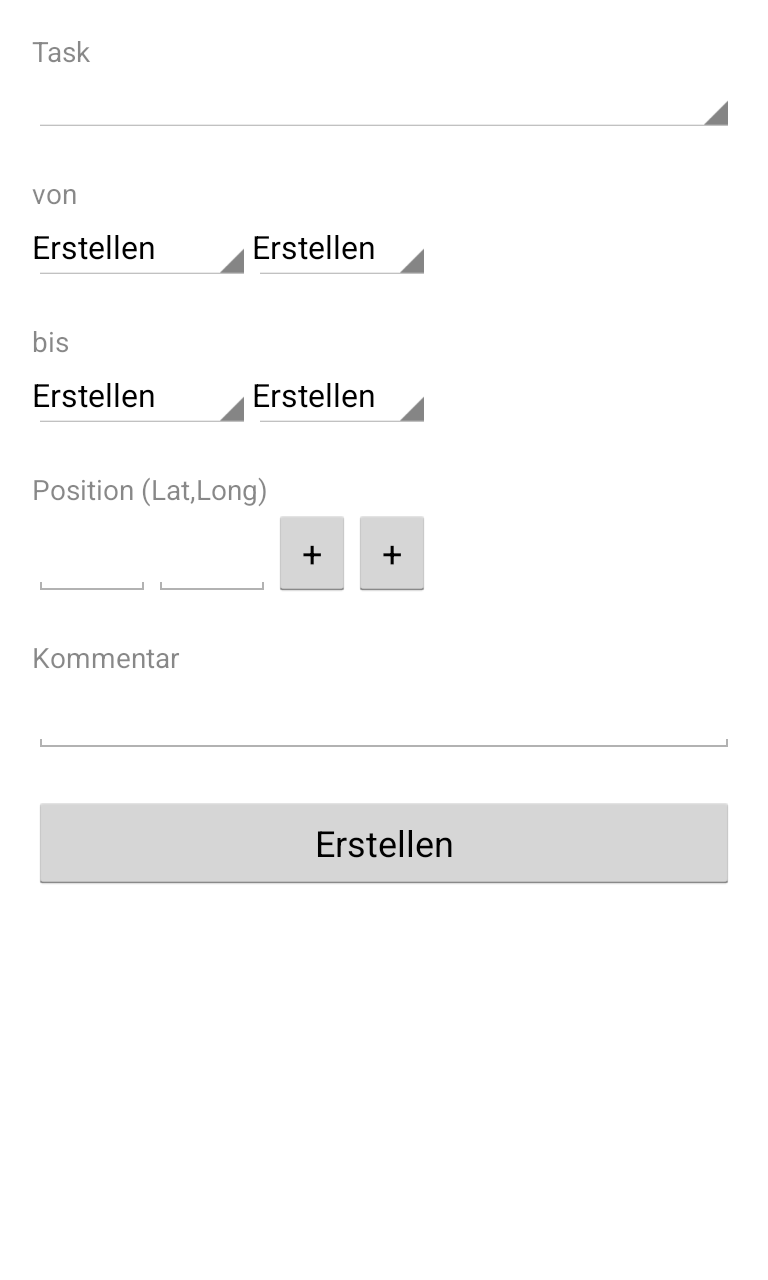
Repository: floriandrs/ttracker
Layout: TTracker/res/layout/activity_create_new_track.xml
An editor plug-in stored every save of this project. The layout is shown before and after the next save, followed by the edit.
It is drawn on a 768 x 1280 px phone screen (xhdpi) without system bars, with theme AppTheme; the app's code is not run.

Above is the layout before, as saved 2015-02-25 19:47:19.

### TTracker/res/layout/activity_create_new_track.xml
<RelativeLayout xmlns:android="http://schemas.android.com/apk/res/android"
    xmlns:tools="http://schemas.android.com/tools"
    android:layout_width="match_parent"
    android:layout_height="match_parent"
    android:paddingBottom="@dimen/activity_vertical_margin"
    android:paddingLeft="@dimen/activity_horizontal_margin"
    android:paddingRight="@dimen/activity_horizontal_margin"
    android:paddingTop="@dimen/activity_vertical_margin"
    tools:context="com.slart.ttracker.activitiy.EditTrackActivity" >

    <TextView
        android:id="@+id/trackLabel"
        android:text="@string/track"
        style="@style/FormLabel"
        android:layout_marginTop="0dp" />

    <Spinner
        android:id="@+id/track"
        android:layout_width="match_parent"
        android:layout_height="wrap_content"
        android:layout_below="@id/trackLabel" />

    <TextView
        android:id="@+id/startLabel"
        android:layout_below="@id/track"
        android:text="@string/from"
        style="@style/FormLabel" />

    <Button
        android:id="@+id/startDate"
        android:layout_width="110dp"
        android:layout_height="35dp"
        android:layout_below="@id/startLabel"
        style="?android:attr/spinnerStyle"
        android:text="@string/create"
        android:onClick="setStartDate" />

    <Button
        android:id="@+id/startTime"
        android:layout_width="90dp"
        android:layout_height="35dp"
        android:layout_below="@id/startLabel"
        android:layout_toRightOf="@id/startDate"
        style="?android:attr/spinnerStyle"
        android:text="@string/create"
        android:onClick="setStartTime" />

    <TextView
        android:id="@+id/endLabel"
        android:layout_below="@id/startTime"
        android:text="@string/to"
        style="@style/FormLabel" />


    <Button
        android:id="@+id/endDate"
        android:layout_width="110dp"
        android:layout_height="35dp"
        android:layout_below="@id/endLabel"
        style="?android:attr/spinnerStyle"
        android:text="@string/create"
        android:onClick="setEndDate" />

    <Button
        android:id="@+id/endTime"
        android:layout_width="90dp"
        android:layout_height="35dp"
        android:layout_below="@id/endLabel"
        android:layout_toRightOf="@id/endDate"
        style="?android:attr/spinnerStyle"
        android:text="@string/create"
        android:onClick="setEndTime" />

    <TextView
        android:id="@+id/locationLabel"
        android:layout_below="@id/endTime"
        android:text="@string/location"
        style="@style/FormLabel" />

    <EditText
        android:id="@+id/lat"
        android:layout_width="60dp"
        android:layout_height="45dp"
        android:layout_below="@id/locationLabel" />

    <EditText
        android:id="@+id/lon"
        android:layout_width="60dp"
        android:layout_height="45dp"
        android:layout_below="@id/locationLabel"
        android:layout_toRightOf="@id/lat" />

    <Button
        android:id="@+id/locationButton"
        android:layout_width="40dp"
        android:layout_height="45dp"
        android:layout_below="@id/locationLabel"
        android:text="@string/location_update"
        android:onClick="onLocationUpdateButtonClick"
        android:layout_toRightOf="@id/lon" />

    <Button
        android:id="@+id/georefButton"
        android:layout_width="40dp"
        android:layout_height="45dp"
        android:layout_below="@id/locationLabel"
        android:text="@string/location_update"
        android:onClick="onGeorefButtonClick"
        android:layout_toRightOf="@id/locationButton" />

    <TextView
        android:id="@+id/commentLabel"
        android:layout_below="@id/locationButton"
        android:text="@string/comment"
        style="@style/FormLabel" />

    <EditText
        android:id="@+id/comment"
        android:layout_below="@id/commentLabel"
        style="@style/FormWidthHeight" />

	<Button
        android:id="@+id/enter"
		android:layout_alignParentRight="true"
        android:layout_below="@id/comment"
        style="@style/FormTopMargin"
        android:text="@string/create"
        android:onClick="onCreateNewTrack" />


</RelativeLayout>

### TTracker/res/values/styles.xml
<resources>

    <!--
        Base application theme, dependent on API level. This theme is replaced
        by AppBaseTheme from res/values-vXX/styles.xml on newer devices.
    -->
    <style name="AppBaseTheme" parent="android:Theme.Light">
        <!--
            Theme customizations available in newer API levels can go in
            res/values-vXX/styles.xml, while customizations related to
            backward-compatibility can go here.
        -->
    </style>

    <!-- Application theme. -->
    <style name="AppTheme" parent="AppBaseTheme">
        <!-- All customizations that are NOT specific to a particular API-level can go here. -->
    </style>


    <style name="FormWidthHeight">
        <item name="android:layout_width">match_parent</item>
        <item name="android:layout_height">wrap_content</item>
    </style>

    <style name="FormTopMargin" parent="@style/FormWidthHeight">
        <item name="android:layout_marginTop">20dp</item>
    </style>

    <style name="FormLabel" parent="@style/FormTopMargin">
        <item name="android:textColor">#77000000</item>
        <item name="android:textSize">14dp</item>
    </style>

</resources>

### TTracker/res/values/strings.xml
<?xml version="1.0" encoding="utf-8"?>
<resources>

    <string name="app_name">TTracker</string>
    <string name="action_settings">Settings</string>
    <string name="hello_world">Hello world!</string>
    <string name="hello_blank_fragment">Hello blank fragment</string>
    <string name="title_activity_view_all_tracks">ViewAllTracksActivity</string>
    <string name="title_activity_edit_track">Neue Aktivitaet anlegen</string>
    <string name="title_activity_stats">StatsActivity</string>
    <string name="title_activity_stats_simple">StatsSimple</string>
    <string name="title_activity_stats_average">StatsAverageActivity</string>
    <string name="main_open_create_new_track_label">Start new</string>
    <string name="open_view_all">Track-Liste öffnen</string>
    <string name="open_time_filter_stats">Tracks pro Zeitraum</string>
    <string name="open_activity_stats">Analyse</string>
    <string name="open_activity_stats_simple">Summen pro Kategorie</string>
    <string name="open_activity_stats_average">Durchschnitt pro Kategorie</string>
    <string name="open_activity_view_all_categories">Kategorien verwalten</string>
    <string name="open_create_new_track">Neuen Track starten</string>
    <string name="close_current_track">Aktiven Track stoppen</string>
    <string name="update_current_track">Aktiven Track editieren</string>
    <string name="current_track_label">Aktiver Track:</string>
    <string name="create">Erstellen</string>
    <string name="created_category">Neue Kategorie wurde erstellt: </string>
    <string name="category_already_exists">Kategorie existiert bereits: </string>
    <string name="add">Hinzufügen</string>
    <string name="delete">Löschen</string>
    <string name="update">Aktualisieren</string>
    <string name="location_update">+</string>
    <string name="now">jetzt</string>
    <string name="today">heute</string>
    <string name="since">seit</string>
    <string name="empty">-</string>
    <string name="none">Kein aktiver Track</string>
    <string name="location">Position (Lat,Long)</string>
    <string name="comment">Kommentar</string>
    <string name="track">Task</string>
    <string name="from">von</string>
    <string name="to">bis</string>
    <string name="started_new_track">Neuer Track gestartet:</string>
    <string name="updated_track">Track aktualisiert:</string>
    <string name="update_track">Bearbeiten</string>
    <string name="delete_track">Löschen</string>
    <string name="export_track_to_calendar">Export an Kalender</string>
    <string name="view_track_in_map">In Karte ansehen</string>

    <string name="no_network">Keine Netzwerkverbindung!</string>
    <string name="address_lookup_start">Adresse wird georeferenziert...</string>
    <string name="lat_or_lon_must_be_set">Lat und Lon müssen ausgefüllt sein</string>
    <string name="address_lookup_finish">Adresse gefunden</string>
    <string name="invalid_geocoding_result">Adresse konnte nicht verarbeitet werden</string>
    <string name="web_error">Fehler beim laden der Seite</string>

    <string name="category_name">Kategorie-Name</string>

    <string-array name="tracks_array">
        <item>Programmieren</item>
        <item>Meeting</item>
        <item>Testing</item>
    </string-array>

    <string name="title_activity_edit_categories">EditCategoriesActivity</string>
    <string name="title_activity_edit_category">EditCategoryActivity</string>
    <string name="title_activity_view_all_categories">ViewAllCategoriesActivity</string>

</resources>

Loaded but not shown: TTracker/res/values-v11/styles.xml (common file); TTracker/res/values-v14/styles.xml (common file); TTracker/res/values/dimens.xml (common file); TTracker/res/values-w820dp/dimens.xml (common file)

After the next save:
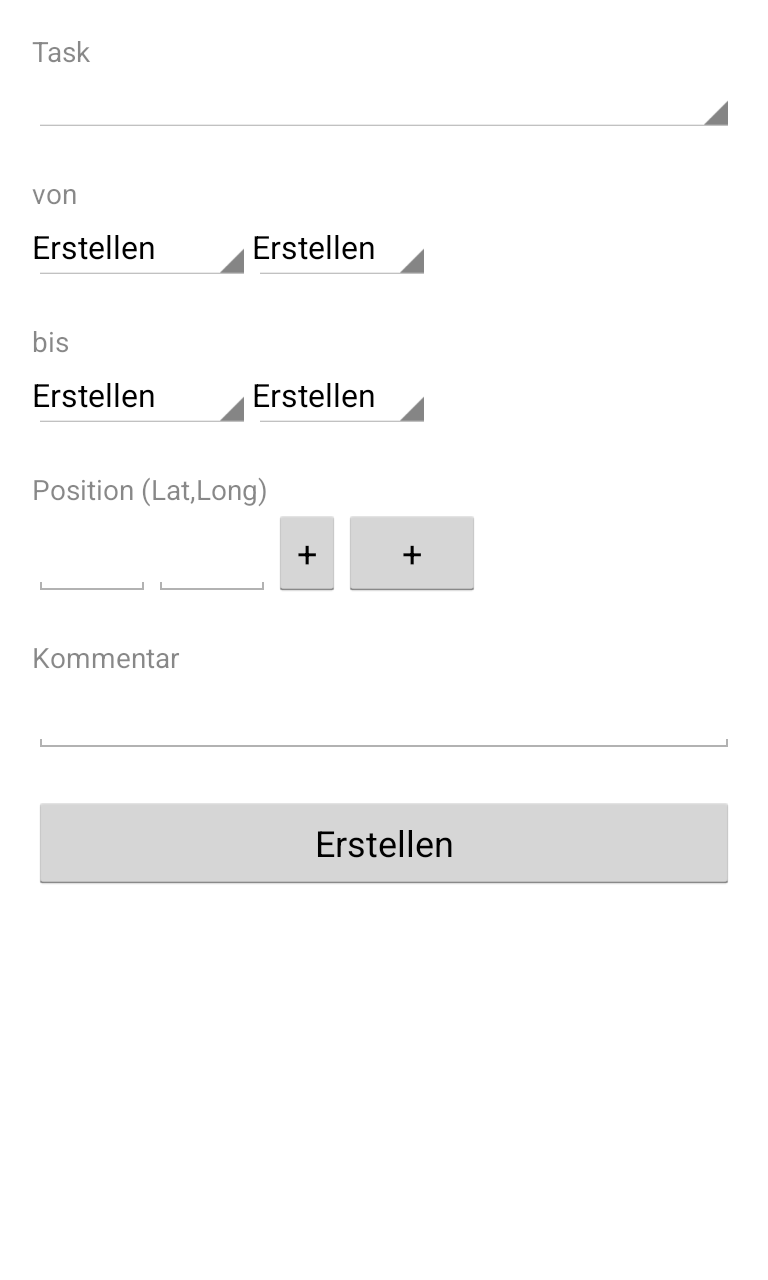
Saved 12 s later.
--- a/TTracker/res/layout/activity_create_new_track.xml
+++ b/TTracker/res/layout/activity_create_new_track.xml
@@ -92,7 +92,7 @@
 
     <Button
         android:id="@+id/locationButton"
-        android:layout_width="40dp"
+        android:layout_width="35dp"
         android:layout_height="45dp"
         android:layout_below="@id/locationLabel"
         android:text="@string/location_update"
@@ -101,7 +101,7 @@
 
     <Button
         android:id="@+id/georefButton"
-        android:layout_width="40dp"
+        android:layout_width="70dp"
         android:layout_height="45dp"
         android:layout_below="@id/locationLabel"
         android:text="@string/location_update"
